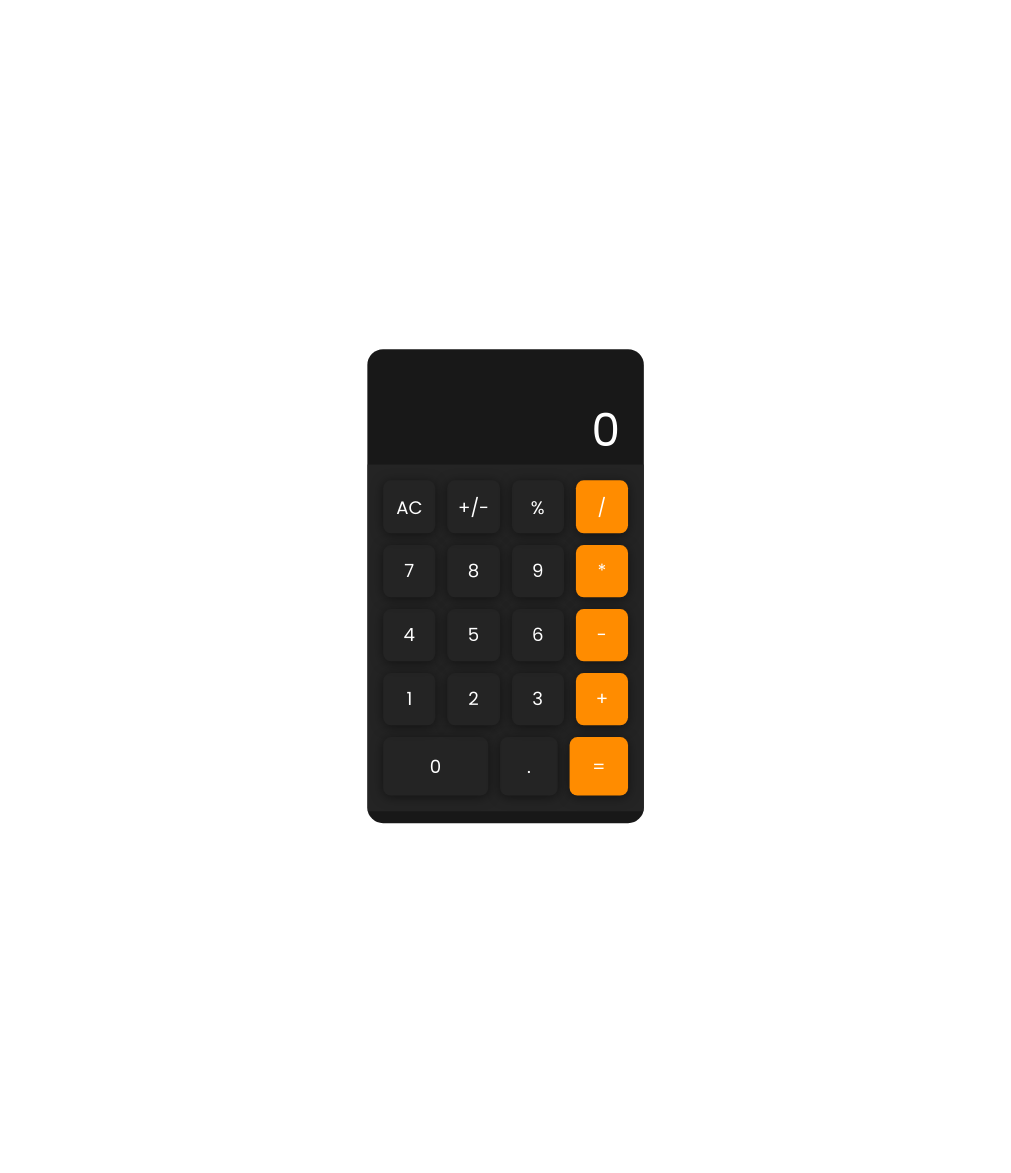
Repository: minhtien9/Calculator
Page: /
An editor plug-in stored every save of this project. The page is shown before and after the next save, followed by the edit.
The browser window is 1280 px wide. The pictures show the whole page, at 79% of full size.
The project was rebuilt for these pictures with package versions that can differ from the ones it lists, and the page was loaded fresh each time. Also part of the build but not shown: src/App.css.

Above is the page before, as saved 2022-07-21 18:59:31.

After the next save:
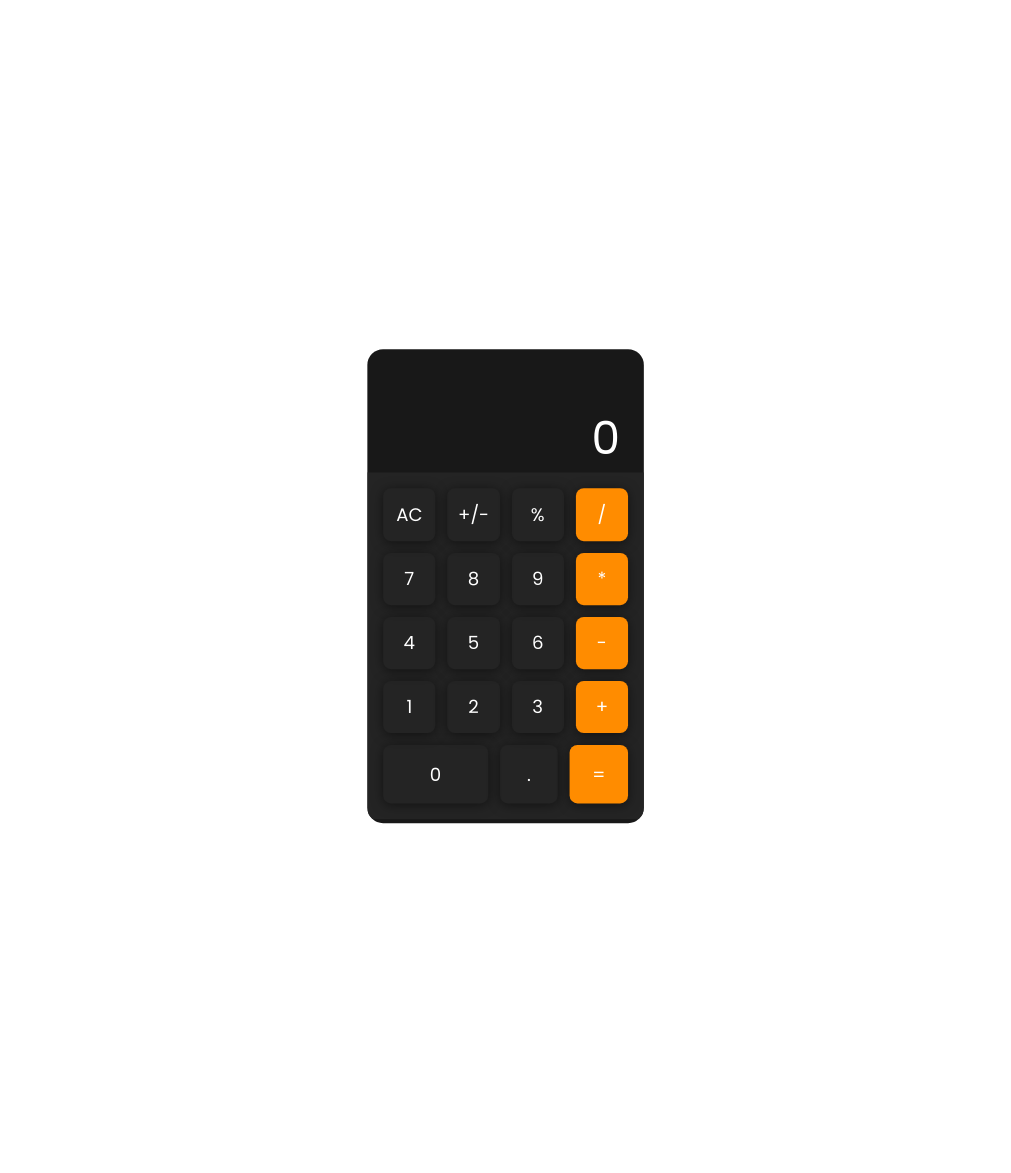
Saved 2 min 57 s later.
--- a/src/Components/Caculator.scss
+++ b/src/Components/Caculator.scss
@@ -32,7 +32,7 @@ button {
 
 .monitor {
     .out-put {
-        margin: 60px 30px 0px;
+        margin: 70px 30px 0px;
         font-size: 2.5rem;
         text-align: right;
     }
